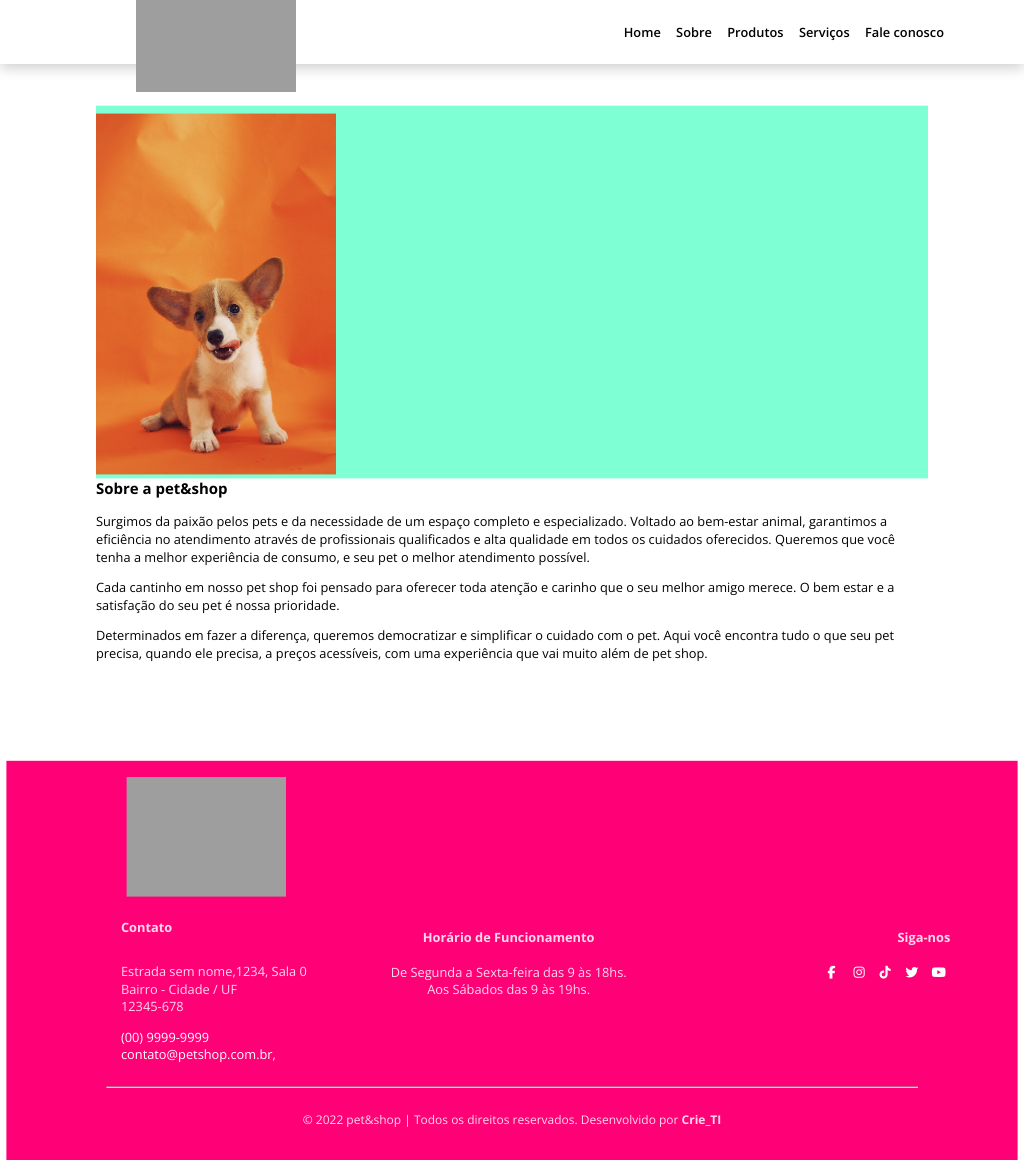
Repository: Iluiscarlos/Projeto-Site-PetShop
Page: About.html
An editor plug-in stored every save of this project. The page is shown before and after the next save, followed by the edit.
The browser window is 1280 px wide. The pictures show the whole page, at 80% of full size.
Pictures or frames that could not be fetched are drawn as grey boxes. Some web libraries are served in a nearby version.

Above is the page before, as saved 2022-04-25 20:38:28.

### About.html
<!DOCTYPE html>
<html lang="pt-BR">
<head>
  <meta charset="UTF-8">
  <meta name="viewport" content="width=device-width, initial-scale=1.0">
  <meta http-equiv="X-UA-Compatible" content="ie=edge">
  <title>pet&shop</title>
  <script src="https://kit.fontawesome.com/2c48374459.js" crossorigin="anonymous"></script>
  <link rel="preconnect" href="https://fonts.googleapis.com">
  <link rel="preconnect" href="https://fonts.gstatic.com" crossorigin>
  <link href="https://fonts.googleapis.com/css2?family=Open+Sans:wght@400;500;600;700&display=swap" rel="stylesheet">

<style>

    .banner {
    width: 100%;
    height: 600px;
    margin-top: 40px;
    object-fit: cover;
    }

    header {
      display: flex;
      align-items: center;
      justify-content: space-between;
      padding: 0 20px;
      position: fixed;
      top: 0;
      left: 0;
      right: 0;
      background-color: #ffffff;
      height: 80px;
      box-shadow: 0 5px 1em #cecece;
    }

    .brand-name {
      color: #ff0077;
      margin-right: 20px;
      font-family: 'Open Sans', sans-serif;
    }

    .brand-name a {
      color: inherit;
      text-decoration: none;
      width: 16px;
    }
    .font {
      font-family: 'Open Sans', sans-serif;
      font-weight: 100;
      font-size: medium;
    }
    .font-description {
      font-family: 'Open Sans', sans-serif;
      font-weight: 100;
      color: gray;
      text-decoration: none;
    }
    .row {
      margin: -20px;

    }

    .column {
      width: 100%;
      display: inline-block;
      float: left;
      box-sizing: border-box;
      background-color: aquamarine;
      padding-top: 10px;
    }

    .container {
      width: 1000px;
      max-width: 100%;
      margin-left: auto;
      margin-right: auto;
    }

    .logo{
      width: 200px;
      height: 150px;
      padding-left: 150px;
    }

    .logo-about {
      width: 200px;
      height: 150px;
    }

    .navi {
      color: black;
      padding-right: 80px;
      justify-content: space-between;
      display: inline-block;
    }
    .navi a {
      color: black;
      font-family: 'Open Sans', sans-serif;
      font-weight: 600;
      padding-inline-start: 15px;
      text-decoration: none;
      height: 80px;
    }

    a:active {
      background-color: #ff0077;
      align-self: stretch;
    }

    a:focus {
      background-color: #ff0077;
    }
    a::selection{
      background-color: #ff0077;
      color: #ffffff;
    }

    a::before {
      color: #ff0077;
    }

    #contacts{
      font-family: 'Open Sans', sans-serif;
      font-weight: 100;
      font-size: 16px;
      color: #ffd8ea;
      text-decoration: none;
      margin-left: 5%;
      padding-left: 80px;
    }

    .section-contacts{
      width:100%;
      background-color: #ff0077;
      color:#ffd8ea;
      padding-top: 20px;
      padding-bottom: 40px;
      display: inline-block;
      margin-left: auto;
      margin-right: auto;
      text-align:left;
    }

    .column-contacts{
      width: 35%;
      display: inline-block;
      padding: 20px;
      box-sizing: border-box;
      text-decoration: none
    }

    .open-time{
      font-family: 'Open Sans', sans-serif;
      text-align: center;
      display: inline-block;
      font-weight: lighter;
      font-size: 16px;
      color:#ffd8ea;
      float: left;
      margin-left: 38%;
      margin-top: -15%;
    }

    .redes{
      font-family: 'Open Sans', sans-serif;
      font-size: 16px;
      text-align: center;
      display: inline-block;
      color:#ffd8ea;
      float: left;
      margin-left: 80%;
      margin-top: -15%;
    }

    .redes i {
      color:#ffffff;
      font-size: 1rem;
      padding-bottom: 15px;
    }

    .row-rede {
      margin: -10px;
    }

    .column-rede {
      width: 15%;
      display: inline-block;
      max-width: 100%;
      padding: 10px;
      box-sizing: border-box;
    }

    .footer{
      text-align: center;
    }

    .about{
        color: black;
        margin: 100px;
        text-rendering: auto;
        vertical-align: top;
    }

    .about-img{
        width: 300px;

    }
</style>
</head>
<body>
  <section class="font">
    <header>
        <img class="logo" id="home" src="logo-colored.svg"><a href="#banner"></a>
    <nav class="navi">
        <a href="#home">Home</a>
        <a href="#about">Sobre</a>
        <a href="#products">Produtos</a>
        <a href="#service">Serviços</a>
        <a href="#contact">Fale conosco</a>
    </nav>
    </header>
    <br/>
    <br/>
    <main>
    <section id="about" class="about">
        <div class="container">
        <div class="row">
        <div class="column">
        <img class="about-img" src="about.jpg">
        </div>
        </div>
        <div class="row"
        <div class="column">
            <h1><b>Sobre a pet&shop</b></h1>
            <p>Surgimos da paixão pelos pets e da necessidade de um espaço completo e especializado. Voltado ao bem-estar animal, garantimos a eficiência no atendimento através de profissionais qualificados e alta qualidade em todos os cuidados oferecidos. Queremos que você tenha a melhor experiência de consumo, e seu pet o melhor atendimento possível.</br>
            <p>Cada cantinho em nosso pet shop foi pensado para oferecer toda atenção e carinho que o seu melhor amigo merece. O bem estar e a satisfação do seu pet é nossa prioridade.</br>
            <p>Determinados em fazer a diferença, queremos democratizar e simplificar o cuidado com o pet. Aqui você encontra tudo o que seu pet precisa, quando ele precisa, a preços acessíveis, com uma experiência que vai muito além de pet shop.</p>
    </div>
        </div>
    </section>
    </main>
<br/>
<br/>
<section class="section-contacts">
  <img src="logo-white.svg" class="logo-about" style="padding-left: 150px;">
<section id="contacts" class="container">
  <address>
    <h4 style="font-style:normal; padding-bottom: 12px;"><b>Contato</b></h4>
    <p style="font-style: normal;";>Estrada sem nome,1234, Sala 0 <br/>
      Bairro - Cidade / UF <br/>
      12345-678</p>
  </address>
  <a href="tel:+550099999999" style="color:#ffffff; text-decoration: none;">(00) 9999-9999</a></br>
  <a href="mailto:contato@petshop.com.br" style="color:#ffffff; text-decoration: none;">contato@petshop.com.br</a>,
</section>
  <div class="open-time">

    <h4 style="text-align: var(contato);">Horário de Funcionamento</h4>
    <p>De Segunda a Sexta-feira das 9 às 18hs.</br>
    Aos Sábados das 9 às 19hs.</p>
  </div>
  <section class="redes">
    <h4 style="text-align: end;">Siga-nos</h4>
    <div class="row-rede">
      <div class="column-rede">
      <i class="fa-brands fa-facebook-f"></i>
    </div>
    <div class="column-rede">
      <i class="fa-brands fa-instagram"></i>
    </div>
    <div class="column-rede">
      <i class="fa-brands fa-tiktok"></i>
    </div>
    <div class="column-rede">
      <i class="fa-brands fa-twitter"></i>
    </div>
    <div class="column-rede">
      <i class="fa-brands fa-youtube"></i>
    </div>
    </div>
  </section>
  <br/>
  <hr style="font-size: smaller;" width="80%";>
  <br/>
  <footer class="footer">
    <span style="font-size: 15px;">© 2022 pet&shop | Todos os direitos reservados. Desenvolvido por <b>Crie_TI</b></span>
  </footer>
</section>
</body>
</html>

After the next save:
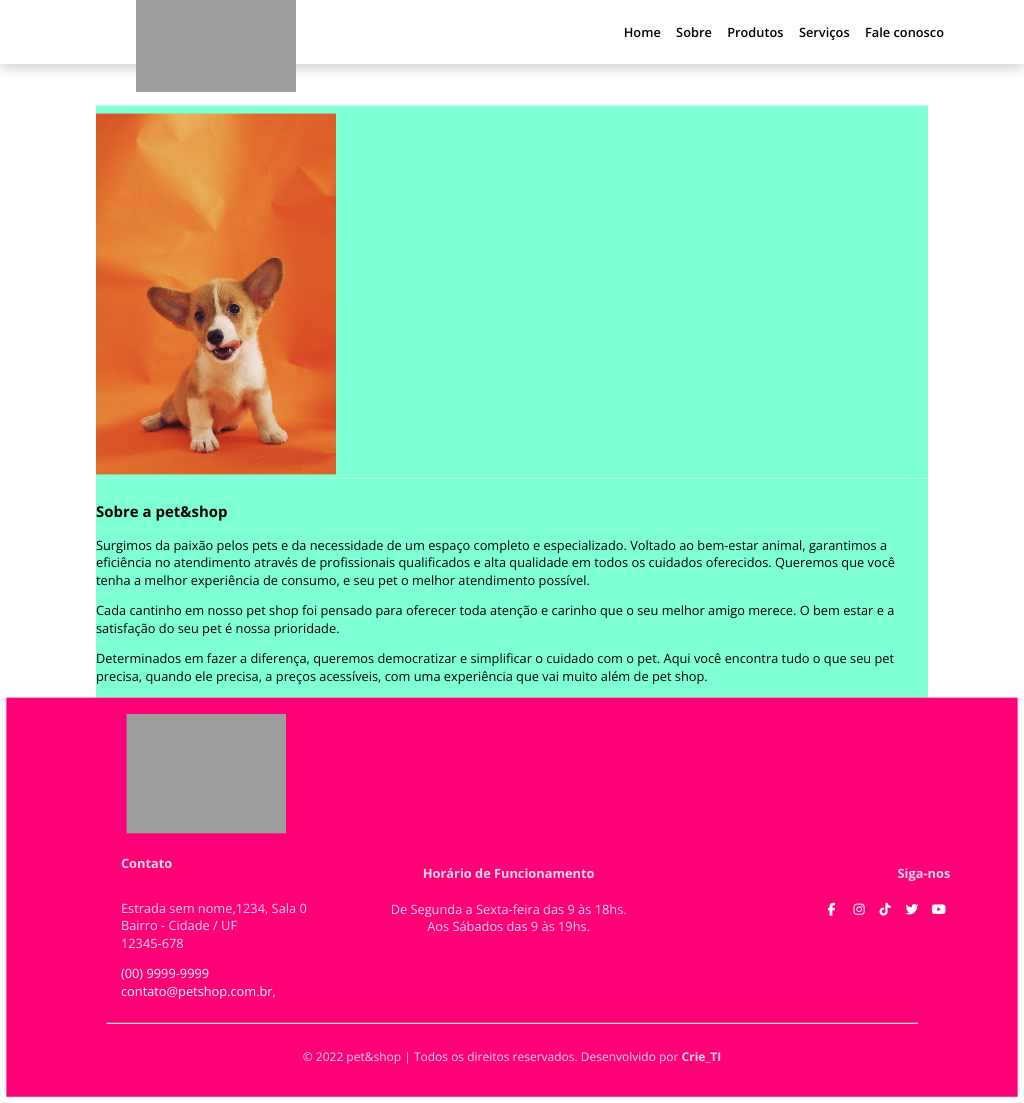
Saved 20 s later.
--- a/About.html
+++ b/About.html
@@ -229,7 +229,7 @@
         <img class="about-img" src="about.jpg">
         </div>
         </div>
-        <div class="row"
+        <div class="row">
         <div class="column">
             <h1><b>Sobre a pet&shop</b></h1>
             <p>Surgimos da paixão pelos pets e da necessidade de um espaço completo e especializado. Voltado ao bem-estar animal, garantimos a eficiência no atendimento através de profissionais qualificados e alta qualidade em todos os cuidados oferecidos. Queremos que você tenha a melhor experiência de consumo, e seu pet o melhor atendimento possível.</br>
